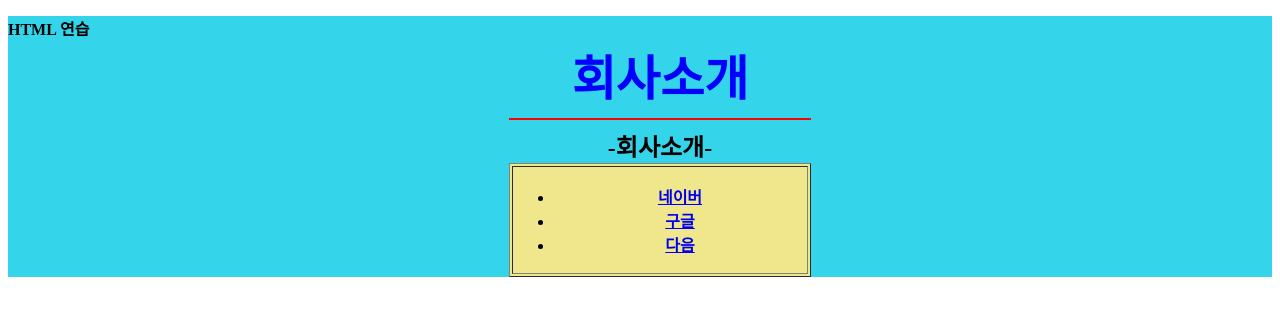
Repository: sika5382/jsp
Page: html/WebContent/NewFile2.html
The author's editor kept a copy of each file at every save. The page is drawn from the files as they stood at one save, then again after a run of saves.
The browser window is 1280 px wide. The pictures show the whole page.

Above is the page before, as saved 2020-10-29 08:08:13.

After the next 2 saves:
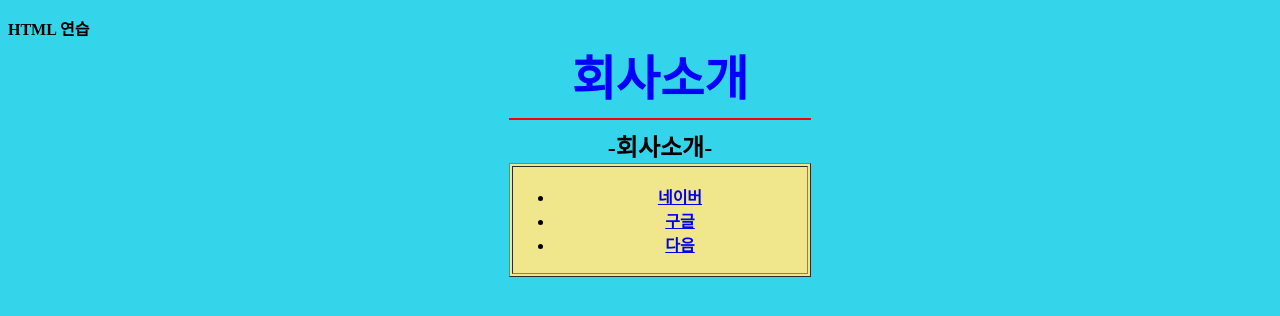
The 2 saves are shown as one change because they came seconds apart.
The last was saved 91 s later.
--- a/html/WebContent/NewFile2.html
+++ b/html/WebContent/NewFile2.html
@@ -4,7 +4,7 @@
 <meta charset="UTF-8">
 <title>Insert title here</title>
 </head>
-<body>
+<body style="background-color:#34d5eb;">
 	<dl style="background-color:#34d5eb;">
 		<dt><b>HTML 연습</b>
 		<dd>
